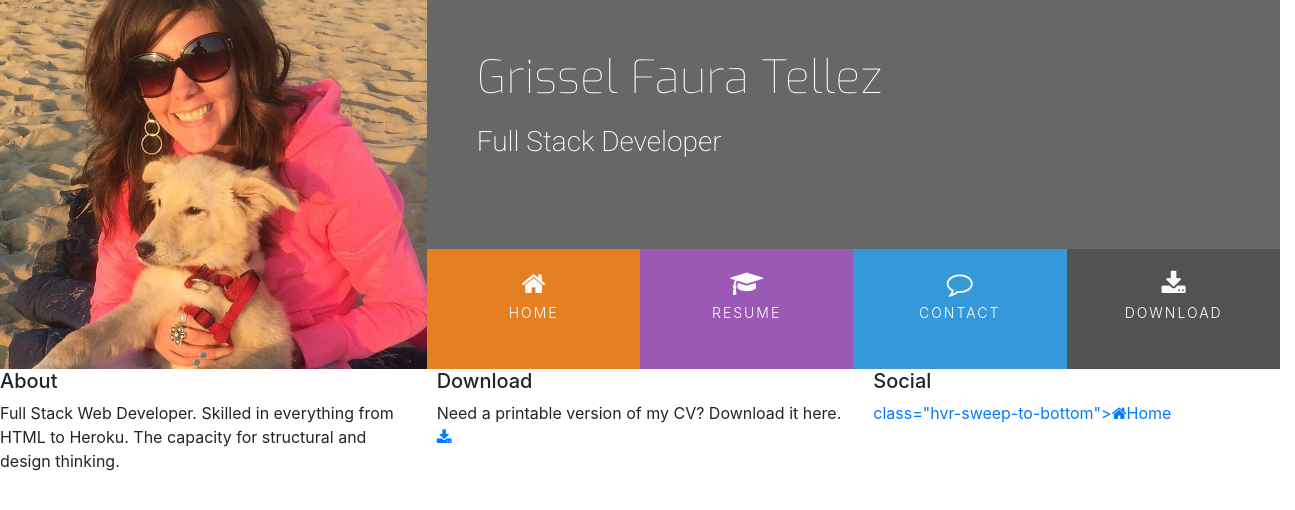
Repository: grisselfaura/Resume-Project-Introduction
Page: index.html
The author's editor kept a record of every edit. The page is drawn from the files as they stood at one moment, then again after the next edit.
The browser window is 1280 px wide. The page is 1295 px wide, so the pictures cover 1295 px, including what lies to the right of the window. The pictures show the whole page.

Above is the page before.

### index.html
<!DOCTYPE html>
<html lang="en">
<head>
    <meta charset="UTF-8">
    <meta name="viewport" content="width=device-width, initial-scale=1.0">
    <meta http-equiv="X-UA-Compatible" content="ie=edge">
    <link rel="stylesheet" href="https://stackpath.bootstrapcdn.com/bootstrap/4.3.1/css/bootstrap.min.css" type="text/css" />
    <link rel="stylesheet" href="https://stackpath.bootstrapcdn.com/font-awesome/4.7.0/css/font-awesome.min.css" type="text/css" />
    <link rel="stylesheet" href="https://cdnjs.cloudflare.com/ajax/libs/hover.css/2.3.1/css/hover-min.css" type="text/css" />
    <link rel="stylesheet" href="assets/CSS/style.css" type="text/css" />
    <title>Grissel</title>
</head>
<body>
    <header>
       <div class="row no-gutters">
           <a class="col-md-4 logo" href="index.html"></a>
           <div class="col-md-8">
               <div class="row no-gutters bg-color-name-title">
                   <div class="col heading">
                       <h1 class="name">Grissel Faura Tellez</h1>
                       <h2 class="title">Full Stack Developer</h2>
                    </div>
               </div>
               <div class="row no-gutters">
                   <div class="col">
                       <ul id="nav" class="list-inline menucontainer">
                           <li class="col-6 col-sm-3 ui-menu-color-home list-inline-item menuitem">
                               <a href="#" class="hvr-sweep-to-bottom"><i class="fa fa-home" aria-hidden="true"></i><span>Home</span></a>
                           </li>
                           <li class="col-6 col-sm-3 ui-menu-color-resume list-inline-item menuitem">
                               <a href="#" class="hvr-sweep-to-bottom"><i class="fa fa-graduation-cap" aria-hidden="true"></i><span>Resume</span></a>
                           </li>
                           <li class="col-6 col-sm-3 ui-menu-color-contact list-inline-item menuitem">
                               <a href="#" class="hvr-sweep-to-bottom"><i class="fa fa-comment-o" aria-hidden="true"></i><span>Contact</span></a>
                           </li>
                           <li class="col-6 col-sm-3 ui-menu-color-download list-inline-item menuitem">
                               <a href="#" class="hvr-sweep-to-bottom"><i class="fa fa-download" aria-hidden="true"></i><span>Download</span></a>
                           </li>
                       </ul>
                   </div>
               </div>
           </div>
       </div>
    </header>
    <section>

    </section>
    <footer>
        <div class="row">
            <div class="col-sm-4">
                <h5 class="uppercase general-sub">About</h5>
                <p class ="inline-block">
                Full Stack Web Developer. Skilled in everything from HTML to Heroku. The capacity for structural and design thinking.</p>
            </div>
            <div class="col-sm-4">
                <h5 class="uppercase general-sub">Download</h5>
                <p class ="inline-block">
                Need a printable version of my CV? Download it here.
                    <a href="#" target="_blank" class="cv-pdf">
                        <i class="fa fa-download" aria-hidden="true"></i>
                        <span class="sr-only">Download link again.</span>
                    </a>
                </p>
             </div>
            <div class="col-sm-4">
                <h5 class="uppercase general-sub">Social</h5>
                <ul class="list-inline social-links">
                    <li class= list-inline-item">
                        <a target="_blank" href="#">
                        class="hvr-sweep-to-bottom"><i class="fa fa-home" aria-hidden="true"></i><span>Home</span></a>
                    </li>
                </ul>
            </div>
        </div>
    </footer>
</body>
</html>

### assets/CSS/style.css
@import url('https://fonts.googleapis.com/css?family=Roboto:100,200,300,400,500,600,700|Exo:100,200,300,400,500,600,700');

/*---------------------------------Colours*/

.bg-color-name-title {
    background-color: #676767;
}

.ui-menu-color-home {
     background-color: #e67e22;
}

.ui-menu-color-resume {
     background-color: #9b59b6;
}

.ui-menu-color-contact {
     background-color: #3498db;
}

.ui-menu-color-download {
     background-color: #525252;
}

/*---------------------------------Heading*/
header {
    margin: 0;
}

.heading {
    margin-left: 50px;
}

.logo {
    background: url("../images/gri.jpg");
    background-position: center;
    background-repeat: no-repeat;
    background-size: cover;
    min-height: 360px;
    transition: all .5s ease-in-out;
    -moz-transition: all .5s ease-in-out;
    -webkit-transition: all .5s ease-in-out;
}

.name {
    font-family: "Exo", sans-serif;
    font-weight: 100;
    font-size: 46px;
    margin-top: 50px;
    color: #ffffff;
}

.title {
    font-family: "Roboto", sans-serif;
    font-weight: 200;
    font-size: 28px;
    margin-top: 20px;
    margin-bottom: 90px;
    color: #ffffff;
}
.list-inline-item:not(:last-child) {
    margin-right: 0;
}
.menucontainer {
    font-size: 0;
}

#nav {
    margin: 0
}

#nav li {
    font-size: 14px;
    padding: 0;
}

.menuitem {
    height: 120px;
    text-align: center;
    padding: 0;
}

.menuitem a {
    width: 100%;
    text-decoration: none;
    color: #fff;
    height: 120px;
}

.menuitem a i {
    padding-top: 22px;
    display: block;
    color: #fafafa;
    font-size: 26px;
}

.menuitem span {
    display: block;
    width: 100%;
    padding-top: 5px;
    text-align: center;
    text-transform: uppercase;
    font-size: 14px;
    font-weight: 300;
    letter-spacing: 2px;
}

/*---------------------------------Hover.css*/
.hvr-sweep-to-bottom:before {
    background: rgba(0,0,0,0.2);
    height: 120px;
}

After the next edit:
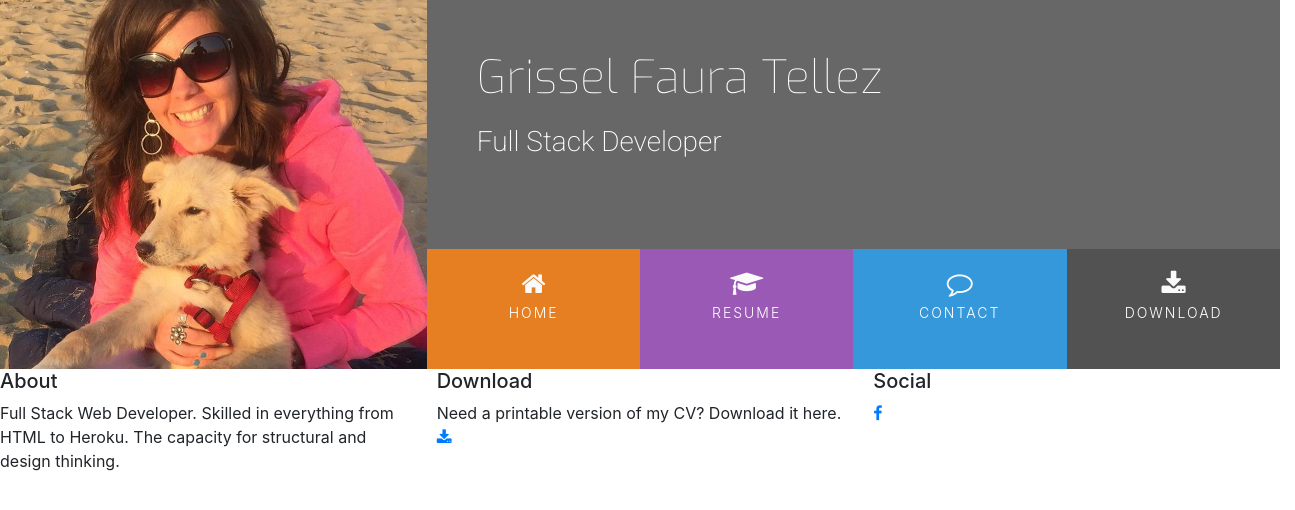
The edit:
--- a/index.html
+++ b/index.html
@@ -65,9 +65,11 @@
             <div class="col-sm-4">
                 <h5 class="uppercase general-sub">Social</h5>
                 <ul class="list-inline social-links">
-                    <li class= list-inline-item">
-                        <a target="_blank" href="#">
-                        class="hvr-sweep-to-bottom"><i class="fa fa-home" aria-hidden="true"></i><span>Home</span></a>
+                    <li class=list-inline-item ">
+                        <a target="_blank " href="# ">
+                            <i class="fa fa-facebook " aria-hidden="true "></i>
+                            <span class="sr-only ">Facebook</span>
+                            </a>
                     </li>
                 </ul>
             </div>
